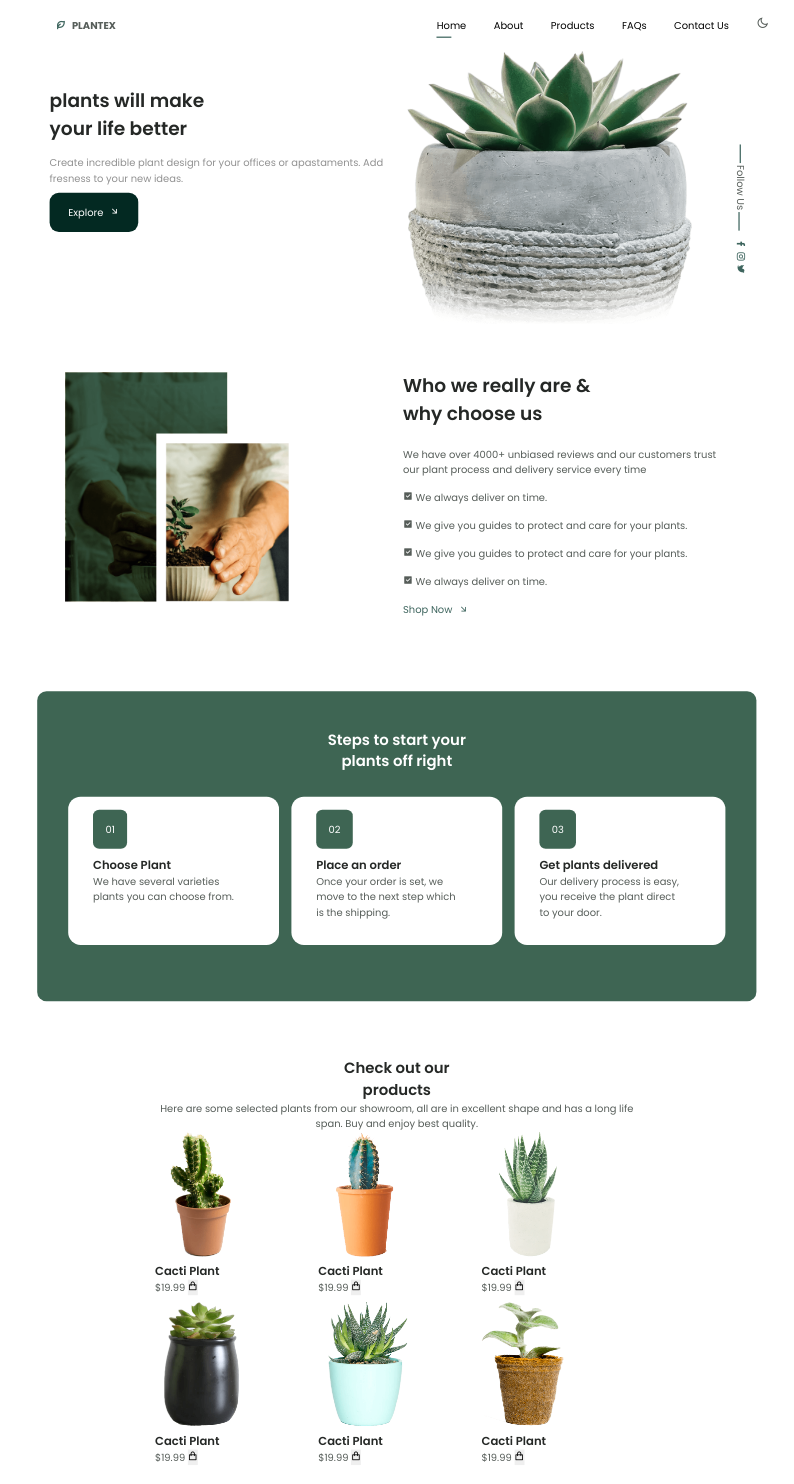
Repository: OmniaRafat232111121/plantwebsite
Page: index.html
The author's editor kept a copy of each file at every save. The page is drawn from the files as they stood at one save, then again after the next save.
The browser window is 1280 px wide. The pictures show the whole page, at 62% of full size.

Above is the page before, as saved 2023-01-05 06:12:00.

After the next save:
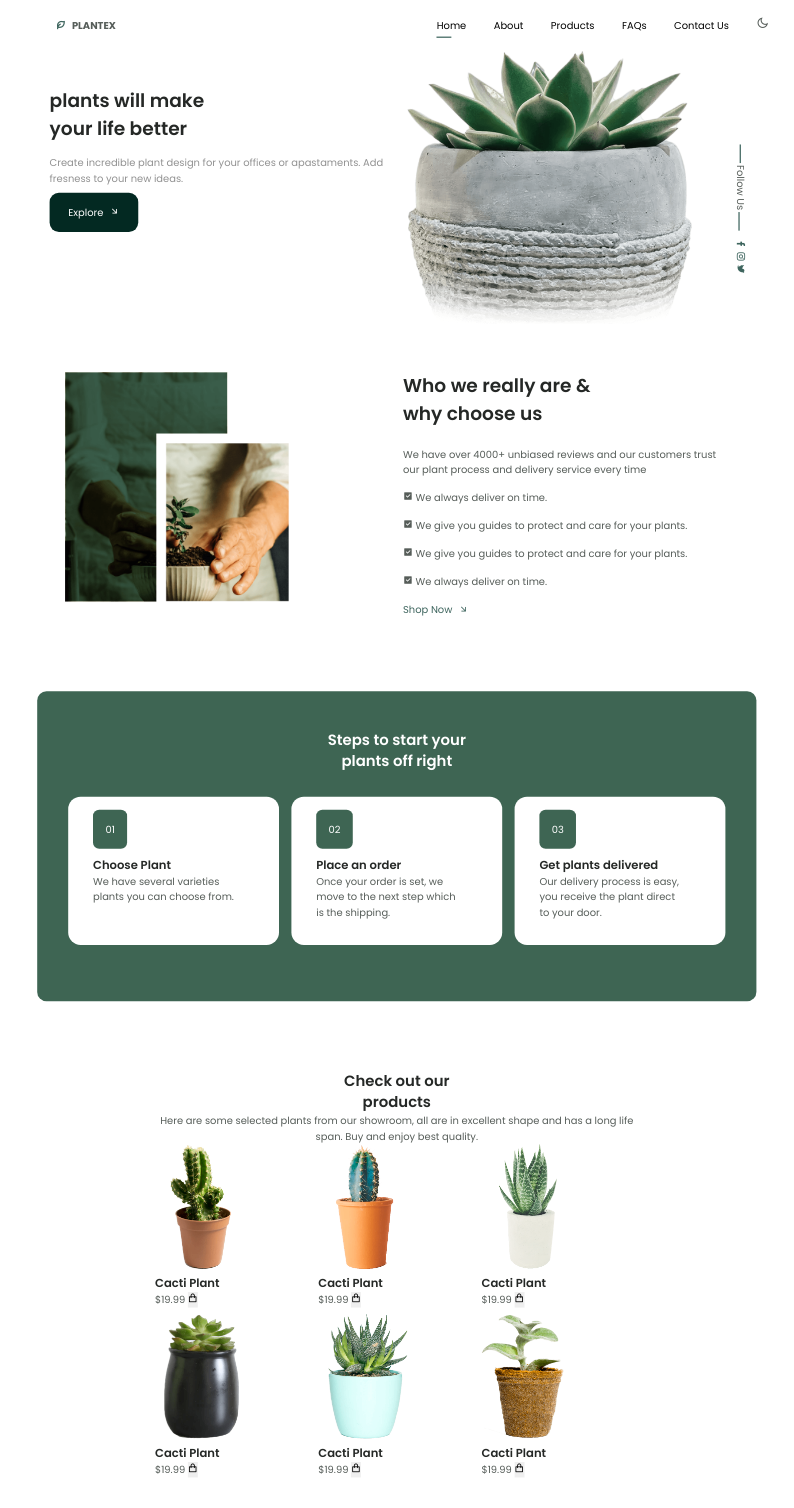
Saved 15 s later.
--- a/assets/css/styles.css
+++ b/assets/css/styles.css
@@ -499,7 +499,7 @@ margin-top: 40px;
 }
 /*======products======*/
 .products{
-  padding:30px 250px;
+  padding:50px 250px;
   position:relative;
   display: grid;
   justify-content: center;
